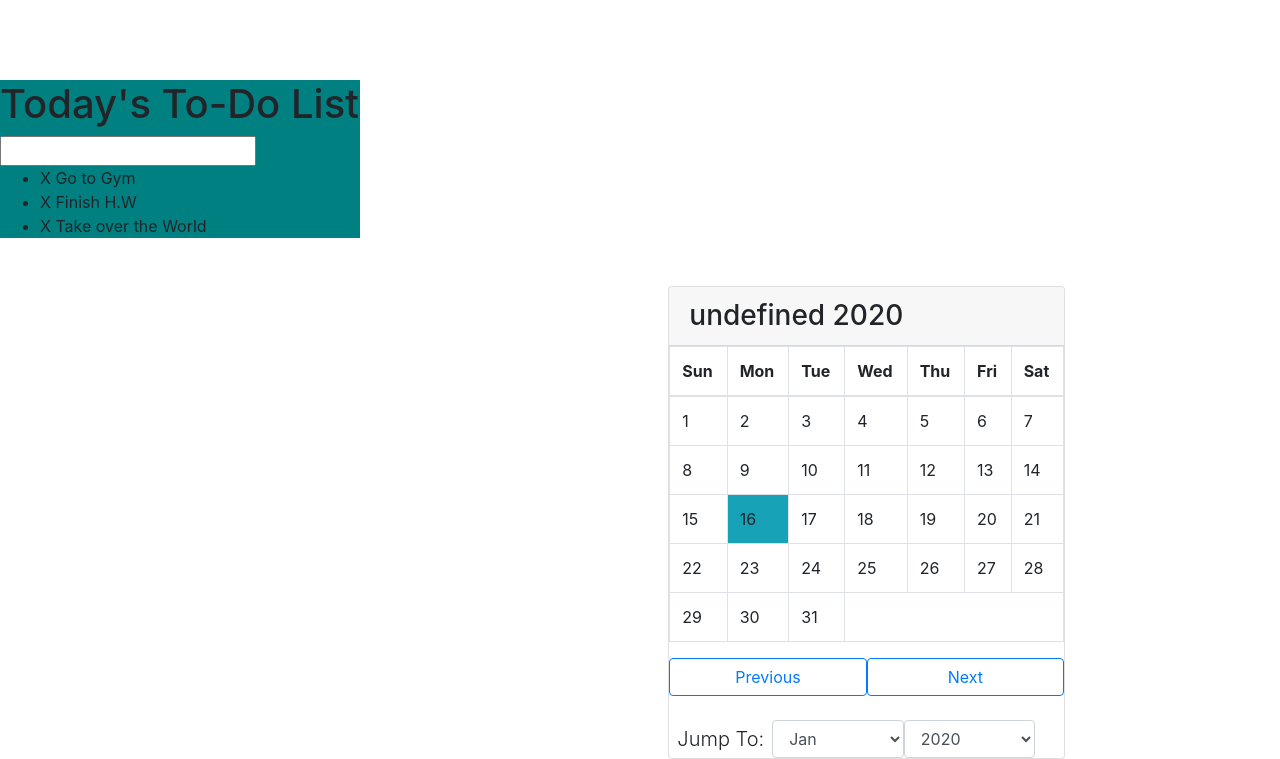
Repository: kkyler24/DayPlanner
Page: Index.html
These files come from the project's save history. The page is drawn as it stood at one moment and after the next save; the edit follows.
The browser window is 1280 px wide. The pictures show the whole page.
Some web libraries are served in a nearby version.

Above is the page before, as saved 2020-03-25 16:38:24.

After the next save:
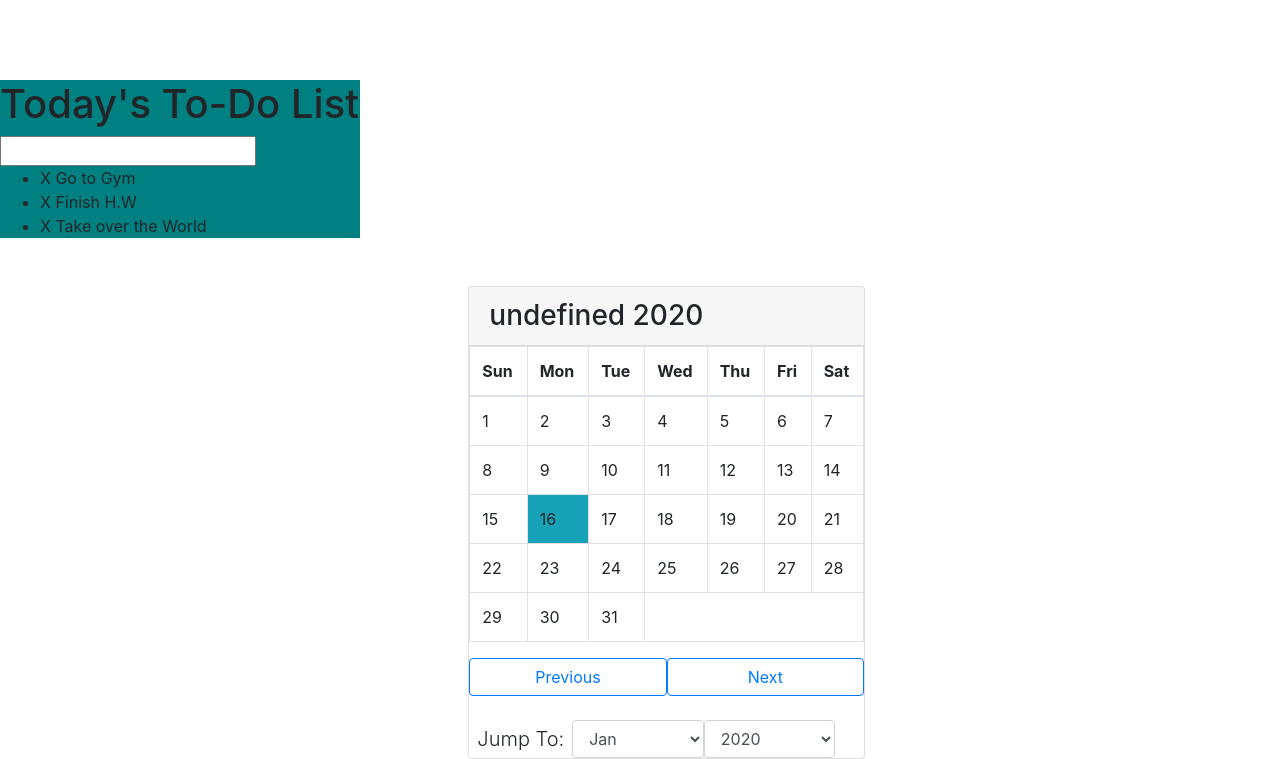
Saved 11 s later.
--- a/style.css
+++ b/style.css
@@ -1,3 +1,3 @@
 .container{
-    margin-right: 200px;
+    margin-right: 400px;
 }
